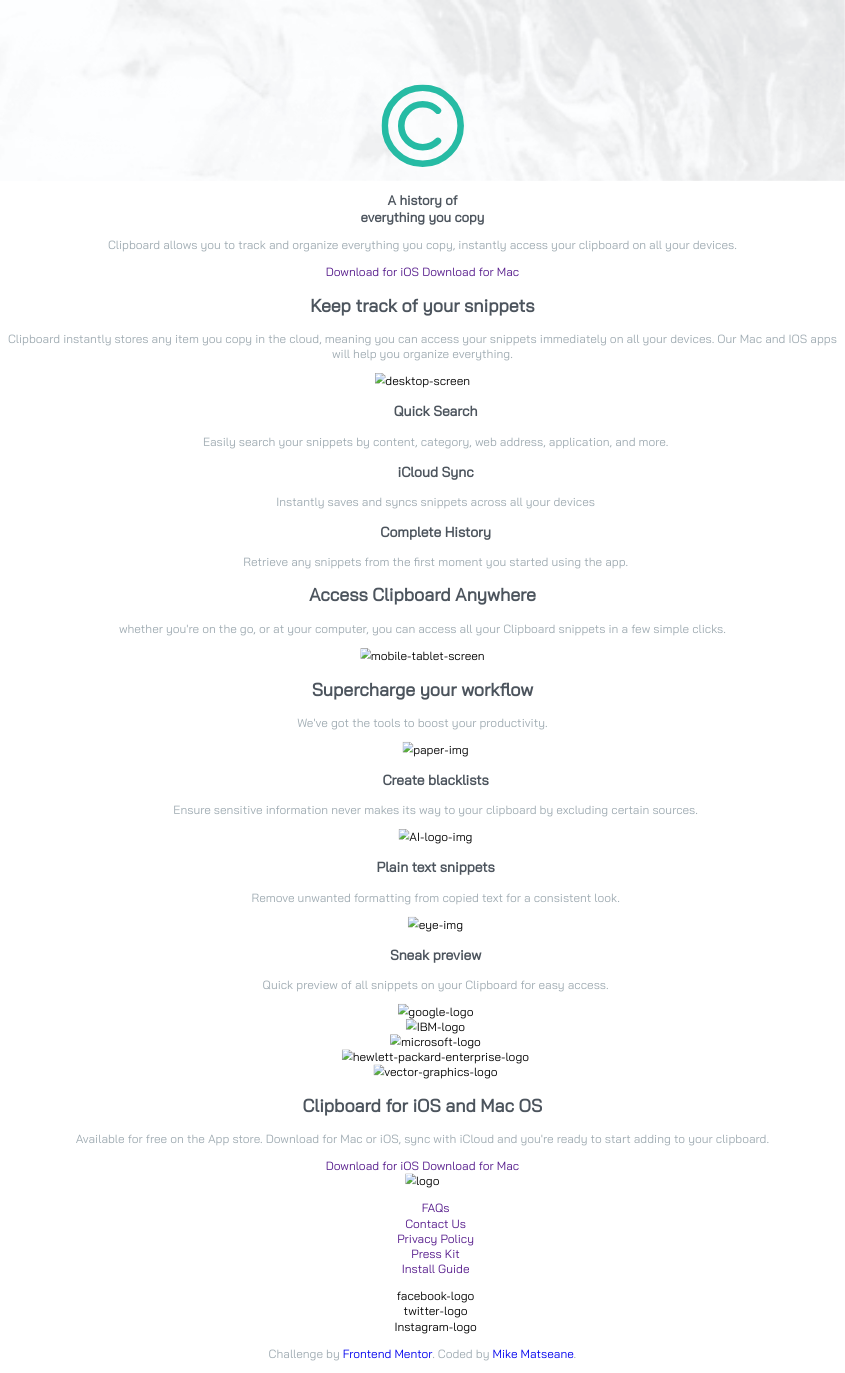
Repository: mikempho/Clipboard-landing-page
Page: index.html
An editor plug-in stored every save of this project. The page is shown before and after the next save, followed by the edit.
The browser window is 1280 px wide. The pictures show the whole page, at 66% of full size.

Above is the page before, as saved 2022-04-11 10:35:03.

After the next save:
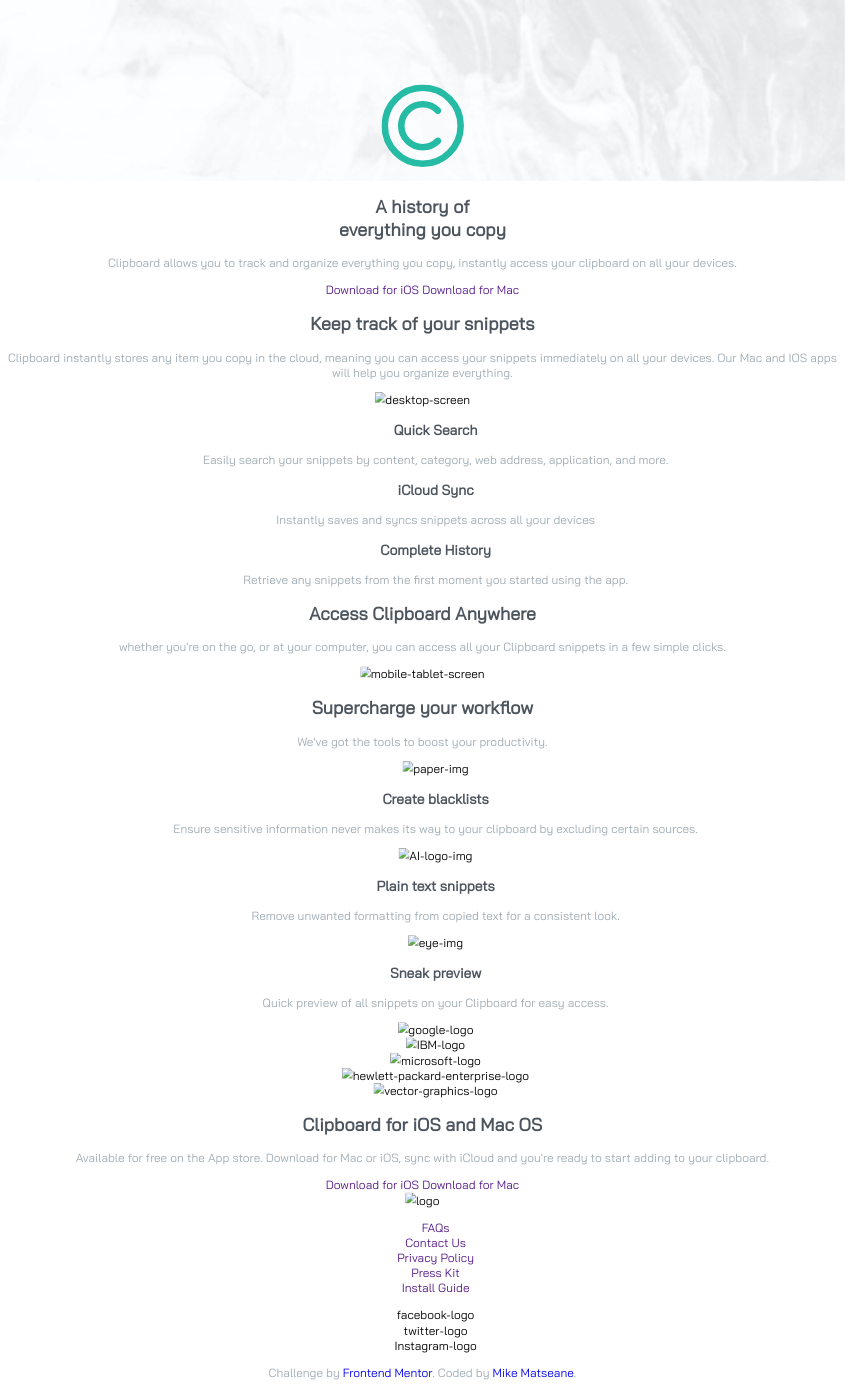
Saved 6 s later.
--- a/css/style.css
+++ b/css/style.css
@@ -52,7 +52,3 @@
 .hero {
     padding: var(--container-padding);
 }
-
-.hero h1 {
-    font-size: 20px;
-}
